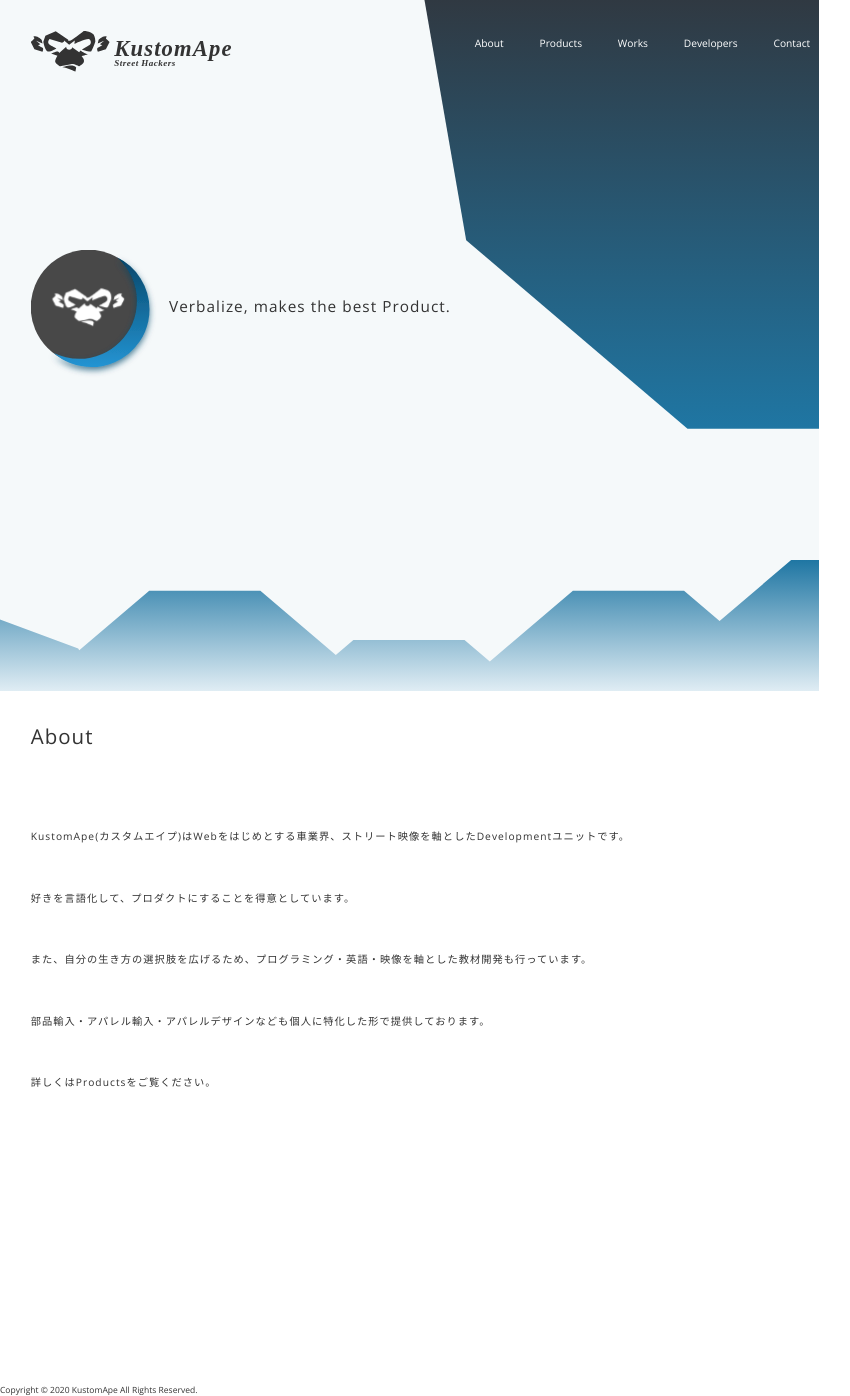
Repository: AirDepot/web
Page: index.html
These files come from the project's save history. The page is drawn as it stood at one moment and after the next save; the edit follows.
The browser window is 1280 px wide. The page is 1328 px wide, so the pictures cover 1328 px, including what lies to the right of the window. The pictures show the whole page, at 64% of full size.

Above is the page before, as saved 2020-02-11 23:20:31.

After the next save:
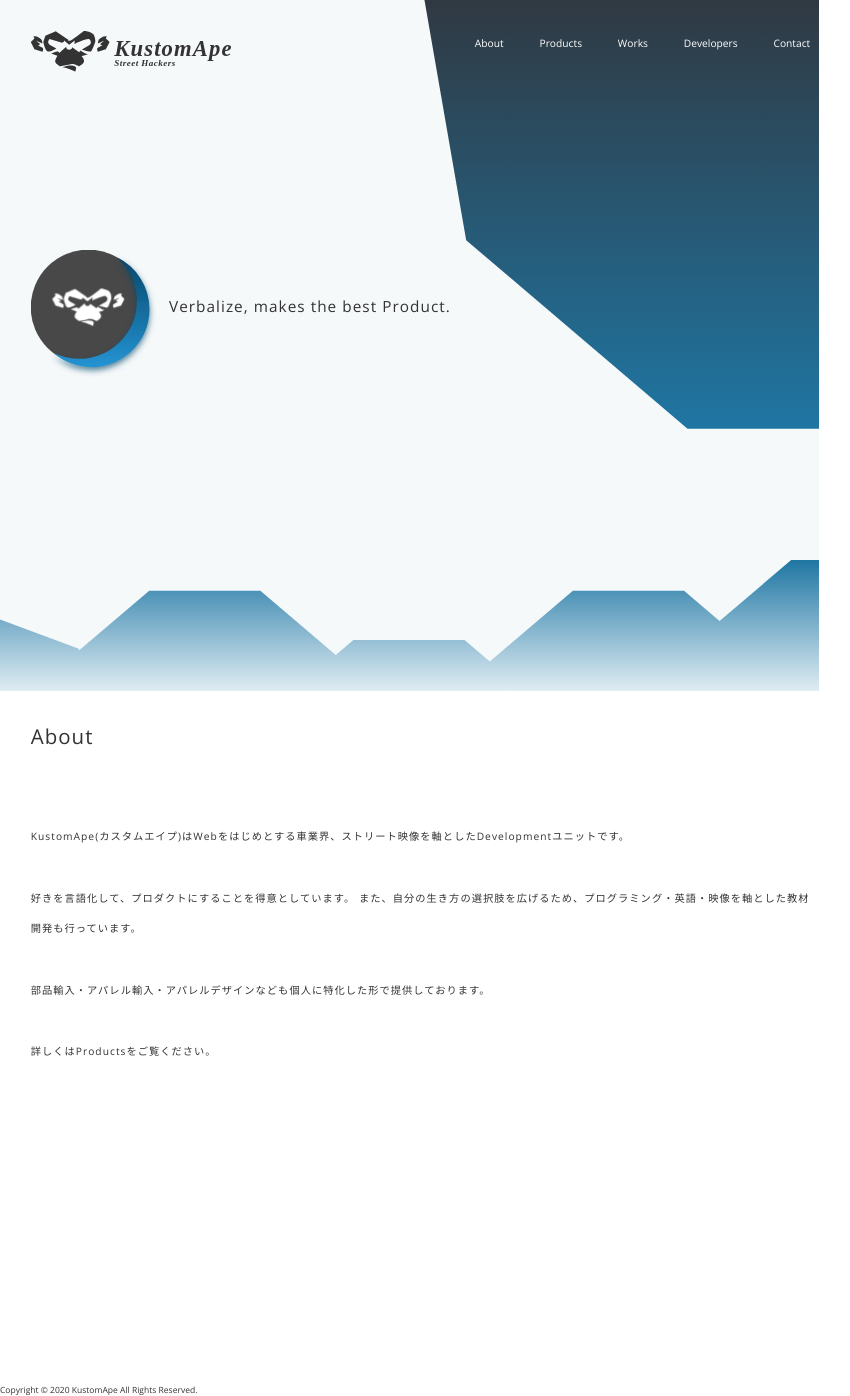
Saved 8 s later.
--- a/index.html
+++ b/index.html
@@ -30,7 +30,7 @@
             <div id="about">
                 <h3>About</h3>
                 <p id="about_kustomape">KustomApe(カスタムエイプ)はWebをはじめとする車業界、ストリート映像を軸としたDevelopmentユニットです。<br /><br/>
-                好きを言語化して、プロダクトにすることを得意としています。<br /><br/>
+                好きを言語化して、プロダクトにすることを得意としています。
                 また、自分の生き方の選択肢を広げるため、プログラミング・英語・映像を軸とした教材開発も行っています。<br /><br/>
                 部品輸入・アパレル輸入・アパレルデザインなども個人に特化した形で提供しております。<br /><br/>
                 詳しくはProductsをご覧ください。</p>
